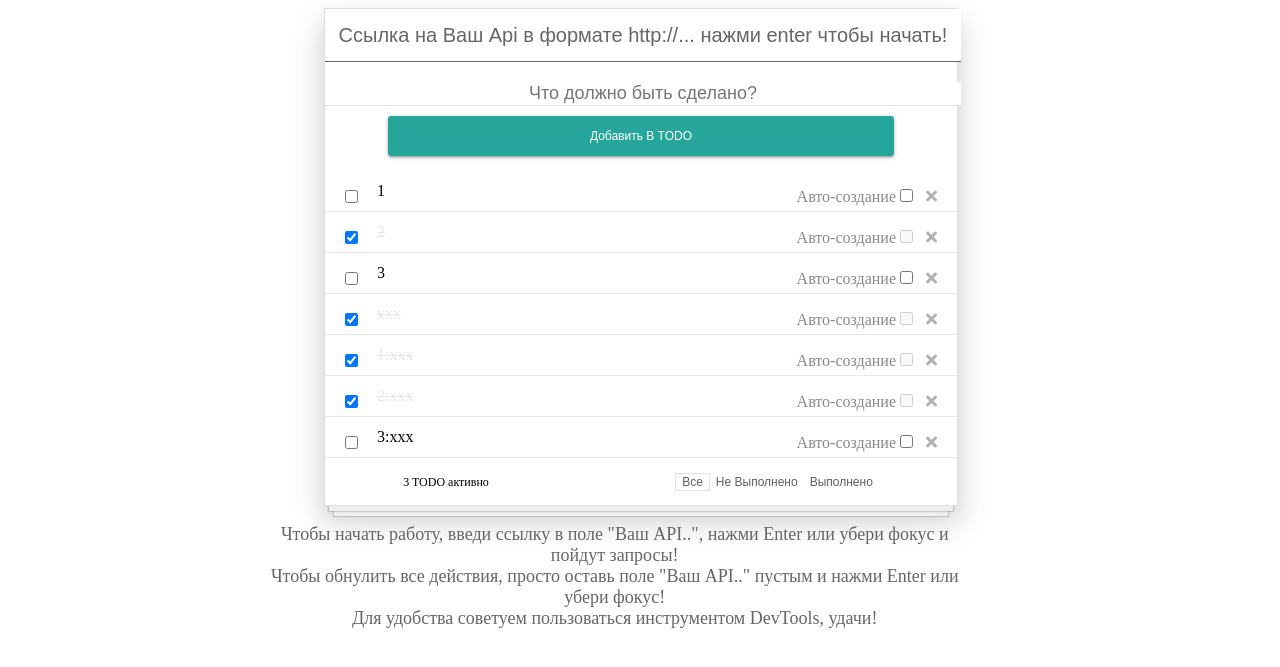
Repository: AntonBrock/taskTodo_for-backend
Page: /
The author's editor kept a copy of each file at every save. The page is drawn from the files as they stood at one save, then again after the next save.
The browser window is 1280 px wide. The pictures show the whole page.
Some web libraries are served in a nearby version. The project was rebuilt for these pictures with package versions that can differ from the ones it lists, and the page was loaded fresh each time.

Above is the page before, as saved 2019-04-30 10:49:57.

### public/index.html
<!DOCTYPE html>
<html lang="en">
  <head>
    <meta charset="utf-8">
    <meta http-equiv="X-UA-Compatible" content="IE=edge">
    <meta name="viewport" content="width=device-width,initial-scale=1.0">
    <link rel="stylesheet" href="https://use.fontawesome.com/releases/v5.8.1/css/all.css" integrity="sha384-50oBUHEmvpQ+1lW4y57PTFmhCaXp0ML5d60M1M7uH2+nqUivzIebhndOJK28anvf" crossorigin="anonymous">
    <link rel="icon" href="<%= BASE_URL %>favicon.ico">
    <title>todolist-vue</title>
  </head>
  <body>
    <noscript>
      <strong>We're sorry but todolist-vue doesn't work properly without JavaScript enabled. Please enable it to continue.</strong>
    </noscript>
    <div id="app"></div>
    <!-- built files will be auto injected -->
  </body>
</html>

### src/main.js
import Vue from 'vue'
import store from './store/index'
import Vuex from 'vuex'
import App from './App.vue'

Vue.config.productionTip = false

Vue.use(Vuex)

new Vue({
  store,
  render: h => h(App),
}).$mount('#app')

### src/store/index.js
import Vue from 'vue'
import Vuex from 'vuex'
import urlForm from '../views/todolist/_store'

Vue.use(Vuex)

export default new Vuex.Store({
    modules: {
        urlForm
    }
})

### src/App.vue
<template lang="pug">
  #app
    Todolist
    .helpContainer
      p.helpText Чтобы начать работу, введи ссылку в поле "Ваш API..", нажми Enter или убери фокус и пойдут запросы! <br> Чтобы обнулить все действия, просто оставь поле "Ваш API.." пустым и нажми Enter или убери фокус! <br> Для удобства советуем пользоваться инструментом DevTools, удачи!
</template>

<script>
import Todolist from './views/todolist/Index.vue'

export default {
  name: 'app',
  components: {
    Todolist
  }
}
</script>

<style lang="stylus">
  .helpContainer
    text-align center
    margin-left 20%
  .helpText
    width 70%
    color: #666
    font-size 18px
</style>

### src/views/todolist/_store/index.js
import state from "./state";
import * as getters from "./getters";
import * as mutations from "./mutations";
import * as actions from "./actions";

export default {
  namespaced: true,
  state,
  getters,
  mutations,
  actions
};

### src/views/todolist/Index.vue
<template lang="pug">
  .main-container(v-cloak)
    ApiForm
    div
      input.todo-input(type='text', placeholder='Что должно быть сделано?', v-model='firstTodo' @keyup.enter='newTodo')
      button.btn(v-on:click='addNewTodo') Добавить В TODO

      Todo(v-for='(todo, index) in todosFiltered', :key='todo.id', :todo="todo" :index='index')
      .extra-container
        .extra-container_numInList {{ remaining }} TODO активно
        div
          button(v-bind:class="{ active: filter == 'all' }", v-on:click=" filter = 'all'") Все
          button(v-bind:class="{ active: filter == 'active' }", v-on:click=" filter = 'active'") Не Выполнено
          button(v-bind:class="{ active: filter == 'completed' }", v-on:click=" filter = 'completed'") Выполнено
          //- button(@click='filterTodoList') Очистить завершенные
</template>

<script>
import ApiForm from "./_components/ApiForm.vue"
import Todo from "./_components/Todo.vue"
import { mapActions, mapGetters } from "vuex"
import todoApi from "./_api/todoApi.js"

export default {
  data () {
    return {
      id: 8,
      firstTodo: '',
      filter: 'all',
      error: false,
      a: ''
    }
  },
  created() {
    this.a = JSON.parse(localStorage.getItem('todos'))
    if('todos' in localStorage) {
      this.updateTodoList(this.a)
    }
  },
  mounted(){
    this.id = this.getTodos.length+1
    // Отправка при включении TODO + сразу отправка всех активных TODO
  if (this.getUrl.length > 3) {
    todoApi.getTodos('all')
      .then(response => {
        this.todos = response.data
        console.log(response);
      })
    . catch(error => {
        console.log(error);
        console.warn('Ошибка запроса при отправке всех TODO, скорее всего сервер не ответил!')
      })
    }
  },
  computed: {
    ...mapGetters({
      getTodos: 'urlForm/getTodos',
      getUrl: 'urlForm/getUrl'
    }),
    remaining() {
      return this.getTodos.filter(todo => !todo.completed).length
    },
    updateId() {
      this.id = this.getTodos.length += 1
    },
    todosFiltered() {
      if (this.filter == 'all') {
        // Отправка при выборе фильтра "Все" (Активные)
      if (this.getUrl.length > 3 ) {
          todoApi.getTodos('all')
          .then(done => {
            console.log(done)
            console.log(this.getTodos);
          })
          .catch( error => {
            console.log(error)
            console.warn('Ошибка запроса, при выборе "Все", скорее всего сервер не ответил!')
            console.log(this.getTodos);
          })
      }
        // console.log(this.getTodos);
        return this.getTodos

      } else if (this.filter == 'active') {
        return this.getTodos.filter(todo => !todo.completed)
      } else if (this.filter == 'completed') {

      if (this.getUrl.length > 3) {
          todoApi.getTodos('completed')
          .then(done => {
            console.log(done)
          })
          .catch( error => {
            console.log(error)
            console.warn('Ошибка запроса, при выборе "Выполненые", скорее всего сервер не ответил!')
          })
      }

        console.log(this.getTodos);
          return this.getTodos.filter(todo => todo.completed)
      }
    }
  },
  methods: {
    ...mapActions({
      // filterTodoList: 'urlForm/filterTodoList',
      updateTodoList: "urlForm/updateTodoList",
      pushTodoList: "urlForm/pushTodoList"
    }),
    addNewTodo() {
      let data = {
        id: this.id++,
        title: this.firstTodo,
        completed: false,
        autocreate: false,
        editing: false
      }

      if(this.firstTodo.trim().length == 0) {
        return
      }
      // отправка при добавлении нового TODO
      if (this.getUrl.length > 3) {
        todoApi.postTodo(data.title, data.completed, data.autocreate)
        .then(() => {
          console.log('ok');
          localStorage.setItem('todos', JSON.stringify(this.getTodos))
        })
        .catch(error => {
          console.warn('Ошибка запроса при добавлении нового TODO, скорее всего сервер не ответил!')
          localStorage.setItem('todos', JSON.stringify(this.getTodos)) //нужно ли добавлять в lS что-то если работает с APi?
        })
      }
      // this.getTodos.push(data)
      this.pushTodoList(data)
      localStorage.setItem('todos', JSON.stringify(this.getTodos))
      this.firstTodo = ''
    },
    // добавление по enter
    newTodo() {
      let data = {
        id: this.id++,
        title: this.firstTodo,
        completed: false,
        autocreate: false,
        editing: false
      }
      if(this.firstTodo.trim().length == 0) {
        return
      }
      // отправка при добавлении нового TODO
      if (this.getUrl.length > 3) {
        todoApi.postTodo(data)
        .then(() => {
          console.log('ok');
          // this.getTodos.push(data)
          localStorage.setItem('todos', JSON.stringify(this.getTodos))
        })
        .catch(error => {
          console.warn('Ошибка запроса при добавлении нового TODO, скорее всего сервер не ответил!')
          localStorage.setItem('todos', JSON.stringify(this.getTodos))
        })
      }

      localStorage.setItem('todos', JSON.stringify(this.getTodos))
      this.getTodos.push(data) // добавили в todo ( но запросы не должны идти)
      this.firstTodo = ''
      this.idForTodo++
    },
  },
  components: {
    ApiForm,
    Todo
  }
}

</script>

<style lang="stylus">
  [v-cloak]
    display none

  .main-container
    border 1px solid #DDDDDD
    width 50%
    margin-left 25%
    box-shadow 0 10px 0 -5px #eee,
               0 10px 1px -4px rgba(0,0,0,0.15),
               0 20px 0 -10px rgb(238, 238, 238),
               0 20px 1px -9px rgba(0,0,0,0.15),
               0 14px 28px rgba(75, 75, 75, 0.30)

  .extra-container
    display flex
    align-items center
    justify-content space-around
    font-size 12px
    padding-top 5px
    margin-bottom 14px

  .extra-container_numInList
    margin-right 30px
    font-size 12px

  button
    font-size 12px
    background-color white
    appearance none
    border none
    outline none
    color rgb(95, 95, 95)
    &:hover
      background rgba(211, 211, 211, 0.363)
    &:focus
      outline none

  .active
    background #fff
    border 1px solid #E1E1E1

  .remove-item
    margin-right 20px

  .remove
    margin-left: 10px
    opacity .3
    transition all 0.2s ease-in-out !important
    &:hover
      opacity .9
      color#E11010
      transition all 0.2s ease-in-out !important

  .auto_created
    font-size 1rem
    color rgba(102, 102, 102, 0.767)

  .btn
    border-radius 3px
    margin-bottom 25px
    width 80%
    margin-left 10%
    height 40px
    color #fff
    background-color #26a69a
    text-align center
    letter-spacing .5px
      -webkit-transition background-color .2s ease-out
    transition background-color .2s ease-out
    cursor pointer
    box-shadow 0 2px 2px 0 rgba(0,0,0,.14),
               0 3px 1px -2px rgba(0,0,0,.12),
               0 1px 5px 0 rgba(0,0,0,.2)
    &:hover
      background-color #46b6abe3!important
</style>

### src/views/todolist/_store/state.js
export default {
    url: '',
    todos: [
      {
        'id': 1,
        'title': 1,
        'completed': false,
        'autocreate': false,
      },
      {
        'id': 2,
        'title': 2,
        'completed': true,
        'autocreate': false,
      },
      {
        'id': 3,
        'title': 3,
        'completed': false,
        'autocreate': false,
      },
      {
        'id': 4,
        'title': 'xxx',
        'completed': true,
        'autocreate': false,
      },
      {
        'id': 5,
        'title': '1:xxx',
        'completed': true,
        'autocreate': false,
      },
      {
        'id': 6,
        'title': '2:xxx',
        'completed': true,
        'autocreate': false,
      },
      {
        'id': 7,
        'title': '3:xxx',
        'completed': false,
        'autocreate': false,
      },
    ],
    todosStatic: [
    {
      'id': 1,
      'title': 1,
      'completed': false,
      'autocreate': false,
    },
    {
      'id': 2,
      'title': 2,
      'completed': true,
      'autocreate': false,
    },
    {
      'id': 3,
      'title': 3,
      'completed': false,
      'autocreate': false,
    },
    {
      'id': 4,
      'title': 'xxx',
      'completed': true,
      'autocreate': false,
    },
    {
      'id': 5,
      'title': '1:xxx',
      'completed': true,
      'autocreate': false,
    },
    {
      'id': 6,
      'title': '2:xxx',
      'completed': true,
      'autocreate': false,
    },
    {
      'id': 7,
      'title': '3:xxx',
      'completed': false,
      'autocreate': false,
    },
  ]
}

### src/views/todolist/_store/getters.js
export const getUrl= state => state.url;
export const getTodos = state => state.todos;
export const getStaticTodos = state => state.todosStatic;

### src/views/todolist/_store/mutations.js
export const UPDATE_URL = state => state.url;
export const UPDATE_TODOS = state => state.todos;
export const CHANGE_TODOS = state => state.todos;

### src/views/todolist/_store/actions.js
export function updateUrl ({ commit, state }, payload) {
    state.url = payload
    commit("UPDATE_URL");
}

export function updateTodo ({ commit }, payload) {
    payload.completed = !payload.completed
    commit("UPDATE_TODOS");
}

export function updateTodoList ({ commit, state }, payload) {
    state.todos = payload
    localStorage.setItem('todos', JSON.stringify(state.todos))
    commit("UPDATE_TODOS");
}

export function pushTodoList ({ commit, state }, payload) {
    state.todos.push(payload)
    localStorage.setItem('todos', JSON.stringify(state.todos))
    commit("UPDATE_TODOS");
}

export function filterTodoList ({ commit, state }) {
    state.todos = state.todos.filter(todo => !todo.completed)
    localStorage.setItem('todos', JSON.stringify(state.todos))
    commit("UPDATE_TODOS");
}

### src/views/todolist/_components/ApiForm.vue
<template lang="pug">
  .form(v-cloak='')
    input.inputForUrl(v-model='url',
                      type='text',
                      @blur='updateTodos(url)',
                      @keyup.enter='updateTodos_enter(url)'
                      placeholder="Ссылка на Ваш Api в формате http://... нажми enter чтобы начать!"
                      :url = "url")
</template>

<script>
import { mapActions, mapGetters } from "vuex";
import todoApi from "../_api/todoApi.js";
import { setTimeout, setInterval, clearInterval } from 'timers';

export default {
  data() {
    return {
      url: "",
      filter: 'all',
      a: '',
      setTime:''
    }
  },

  //осталась одна логика. Если при перезагрузки в API пусто, то нужно вернут статику - а не пустой todo,
  // но если в дэмо режиме, то обновление должно выдавать список наш
  created(){
  this.a = JSON.parse(localStorage.getItem('todos'))

  },
  computed: {
    ...mapGetters({
      getUrl: "urlForm/getUrl",
      getTodos: 'urlForm/getTodos',
      getStaticTodos: 'urlForm/getStaticTodos'
    })
  },
  methods: {
    ...mapActions({
      updateUrl: "urlForm/updateUrl",
      updateTodoList: "urlForm/updateTodoList"
    }),
    updateTodos(url) {
    //получение всех todo при обновлении url ссылки
    this.updateUrl(url)
    if(this.url.length > 3 ){
        this.updateTodoList([])
        this.updateTodos_enter(url)
        // todoApi.getTodos(this.filter)
        // .then(response => {
        //   this.updateTodoList(response.data)
        //   console.log(response);
        // })
        // .catch(error => {
        //   console.log(error)
        //   console.warn('Ошибка запроса при отправки всех TODO, скорее всего сервер не ответил')
        // });
    // console.warn('Был установлен ваш Url')
    }

    if(this.url.length <= 3 ) {
        this.updateTodoList(this.getStaticTodos)
        this.id = 8
        clearInterval(this.setTime)
        console.warn('Сcылка должна быть от 4х символов и нажмите enter, чтобы начать!')
    }
  },
    updateTodos_enter(url) {
    //получение всех todo при обновлении url ссылки(по enter)
    this.updateUrl(url)
    if(this.url.length > 3 ){

      this.updateTodoList([])
      this.setTime = setInterval(() => {
        todoApi.getTodos(this.filter)
        .then(response => {
          this.updateTodoList(response.data)
          console.log(response);
        })
        .catch(error => {
          console.log(error)
          console.warn('Ошибка запроса при отправки всех TODO, скорее всего сервер не ответил')
        })
      }, 5000)
    console.warn('Был установлен ваш Url')
    }

    if(this.url.length <= 3 ) {
        this.updateTodoList(this.getStaticTodos)
        this.id = 8
        clearInterval(this.setTime)
        console.warn('Сcылка должна быть от 4х символов и нажмите enter, чтобы начать!')
    }
  }
  }
};

</script>

<style lang="stylus">
.inputForUrl
  border-bottom 1px solid #666!important
  margin-bottom 20px
  text-align center
  border none
  width 100%
  height 50px
  font-size 20px
  &::placeholder
    color #666
    font-size 20px
    opacity 1
    transition: 0.2s ease-in-out !important;
		will-change: transform, opacity;

  &:focus::placeholder{
    opacity 0
    transition: 0.2s ease-in-out !important;
		will-change: transform, opacity;
  }
</style>

### src/views/todolist/_components/Todo.vue
<template lang="pug">
  .todo-item
    .todo-item-left
      input.todoInput(type='checkbox',  @click='completeTodo(todo)', :checked='todo.completed')
      div.todo-item-label(v-if='!todo.editing',  v-on:dblclick="changeTodo(todo)" v-bind:class='{ completed : todo.completed }') {{ todo.title }}
      input.todo-item-edit(v-else type="text" v-model="todo.title" @blur="doneEdit(todo)" @keyup.enter="doneEdit(todo)" @keyup.esc="cancelEdit(todo)")
    .remove-item
      label.auto_created Авто-создание
      input(type='checkbox', :disabled="todo.completed", :checked="todo.autocreate" @click='checkIt(todo)')
      i.fas.fa-times.remove(@click='removeItem(index)')
</template>

<script>
import todoApi from "../_api/todoApi.js";
import { mapActions, mapGetters } from "vuex";
import { setInterval, clearInterval } from "timers";

export default {
  data() {
    return {
      beforeEditCache: ''
    };
  },
  props: ["todo", "index", "url"],
  created() {
    localStorage.setItem("todos", JSON.stringify(this.getTodos));
  },
  computed: {
    ...mapGetters({
      getTodos: "urlForm/getTodos",
      getUrl: "urlForm/getUrl"
    })
  },
  methods: {
    ...mapActions({
      updateTodo: "urlForm/updateTodo",
      changeTodo: "urlForm/changeTodo"
    }),
    completeTodo(todo) {
      // Отправка при выборе фильтра "Выполнено"
      if (this.getUrl.length > 3) {
        todoApi
          .editTodo(todo.id)
          .then(() => {
            console.info("Удачно");
          })
          .catch(() => {
            console.warn("Ошибка запроса при зачеркивание TODO, скорее всего сервер не ответил!");
          });
      }

      this.updateTodo(todo);
      localStorage.setItem("todos", JSON.stringify(this.getTodos));
    },
    checkIt(todo) {
      todo.autocreate = !todo.autocreate;

      if (this.getUrl.length > 3) {
        todoApi
          .editTodo(this.todo.id)
          .then(() => {
            console.info("Удачно");
          })
          .catch(() => {
            console.log(this.getTodos);
            console.warn("Ошибка запроса при выборе 'Авто-создание', скорее всего сервер не ответил");
          });
      }
      localStorage.setItem("todos", JSON.stringify(this.getTodos));
    },
    removeItem(index) {
      // отправка удаленного id - todo
      if (this.getUrl.length > 3) {
        todoApi
          .deleteTodo(index)
          .then(() => {
            console.info("Удачно");
          })
          .catch(error => {
            console.warn(error);
            console.warn('Ошибка запроса при удалении TODO, скорее всего сервер не ответил!')
          });
      }
      this.getTodos.splice(index, 1);
      localStorage.setItem("todos", JSON.stringify(this.getTodos));
    },

    // тут редактирование TODO + сохранение в TODO
    changeTodo(todo){
      if(this.todo.completed){
        return
      }

      this.beforeEditCache = todo.title
      todo.editing = true;
      localStorage.setItem("todos", JSON.stringify(this.getTodos));

    },
    doneEdit(todo) {
      if(todo.title.trim() == '') {
        todo.title = this.beforeEditCache
       this.changeTodo(todo);
      }
      todo.editing = false;
      localStorage.setItem("todos", JSON.stringify(this.getTodos));

      if (this.getUrl.length > 3) {
        //тут запрос, на сколько верен не знаю. Он взят с авто-создания, сомнения, что отправляет autocreate, хотя такой же patch
      todoApi
        .editTodo(this.todo.id)
        .then(() => {
          console.info("Удачно");
        })
        .catch(() => {
          console.log(this.getTodos);
          console.warn("Ошибка запроса при изменении 'Названия TODO' , скорее всего сервер не ответил");
        });
      }
    },
    cancelEdit(todo) {
      todo.title = this.beforeEditCache
      todo.editing = false;
      this.changeTodo(todo);
    },
  }
};
</script>

<style lang="stylus">
.todo-input {
  width: 100%;
  border: none;
  margin-bottom: 10px;
  border-bottom: 1px solid rgba(102, 102, 102, 0.192);
  font-size: 18px;
  transition: 0.2s ease-in-out !important;
  text-align: center;
  outline: none;

  &:placeholder {
    color: rgba(145, 145, 145, 0.795);
    opacity: 1;
    transition: 0.2s ease-in-out !important;
  }

  will-change: transform, opacity;

  &:focus::placeholder {
    opacity: 0;
    transition: 0.2s ease-in-out !important;
  }

  will-change: transform, opacity;

  &:focus-webkit-input-placeholder {
    opacity: 0;
    transition: 0.2s ease-in-out !important;
    will-change: transform, opacity;
  }

  &:-webkit-input-placeholder {
    transition: 0.2s ease-in-out !important;
    will-change: transform, opacity;
  }

  &:-moz-placeholder {
    transition: all 0.2s ease-in-out !important;
    will-change: opacity;
    /* Firefox 19+ */
  }

  &:-moz-placeholder {
    transition: all 0.2s ease-in-out !important;
    will-change: transform, opacity;
    /* Firefox 18- */
  }

  &:-ms-input-placeholder {
    transition: all 0.2s ease-in-out !important;
    will-change: transform, opacity;
  }
}

.todo-item {
  width: 100%;
  margin-bottom: 10px;
  display: flex;
  justify-content: space-between;
  align-items: center;
  border-bottom: 1px solid rgba(226, 226, 226, 0.767);
}

.todoInput {
  margin-left: 20px;
}

.todo-item-label {
  margin-bottom: 10px;
}

.todo-item-left {
  display: flex;
  align-items: center;
}

.todo-item-label {
  padding: 0px;
  border: 1px solid white;
  margin-left: 15px;
}

.todo-item-edit {
  width: 50%;
  border: 1px solid rgba(102, 102, 102, 0.192);
  font-size: 18px;
  padding: 10px 18px;
  margin-bottom: 20px;
  transition: 0.2s ease-in-out !important;

  &:focus {
    outline: none;
  }

  &:focus-webkit-input-placeholder {
    opacity: 0;
    transition: 0.2s ease-in-out !important;
    will-change: transform, opacity;
  }

  &:-webkit-input-placeholder {
    transition: 0.2s ease-in-out !important;
    will-change: transform, opacity;
  }

  &:-moz-placeholder {
    transition: all 0.2s ease-in-out !important;
    will-change: transform, opacity;
    /* Firefox 19+ */
  }

  &:-moz-placeholder {
    transition: all 0.2s ease-in-out !important;
    will-change: transform, opacity;
    /* Firefox 18- */
  }

  &:-ms-input-placeholder {
    transition: all 0.2s ease-in-out !important;
    will-change: transform, opacity;
  }
}

.completed {
  text-decoration: line-through;
  color: #E1E1E1;
  opacity: 0.8;
}
</style>

### src/views/todolist/_api/todoApi.js
// import Api from '@/api/Api'
import axios from 'axios'
import state from '../_store/state'

const todoApi = {
  getTodos (filter) {
    return axios.get(`${state.url}/todos`, {
      // возвращает отфильтрованный или неотфильтрованный список
      type: filter
    })
  },
  postTodo (title, completed, autocreate) {
    return axios.post(`${state.url}/todos`, {
      title: title,
      completed: completed,
      autocreate: autocreate
    })
  },
  editTodo (id) {
    return axios.patch(`${state.url}/todos/${id}`)
  },
  deleteTodo (id) {
    return axios.delete(`${state.url}/todos/${id}`)
  }
}
export default todoApi

After the next save:
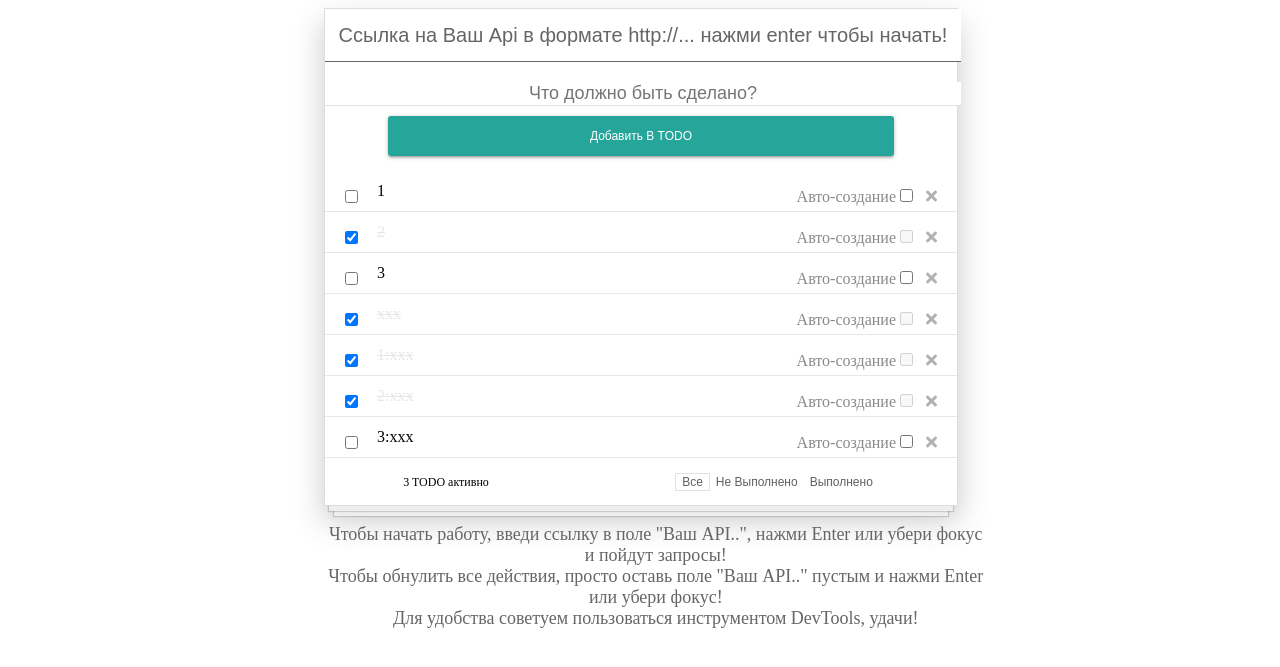
Saved 7 s later.
--- a/src/App.vue
+++ b/src/App.vue
@@ -19,7 +19,7 @@ export default {
 <style lang="stylus">
   .helpContainer
     text-align center
-    margin-left 20%
+    margin-left 25%
   .helpText
     width 70%
     color: #666
